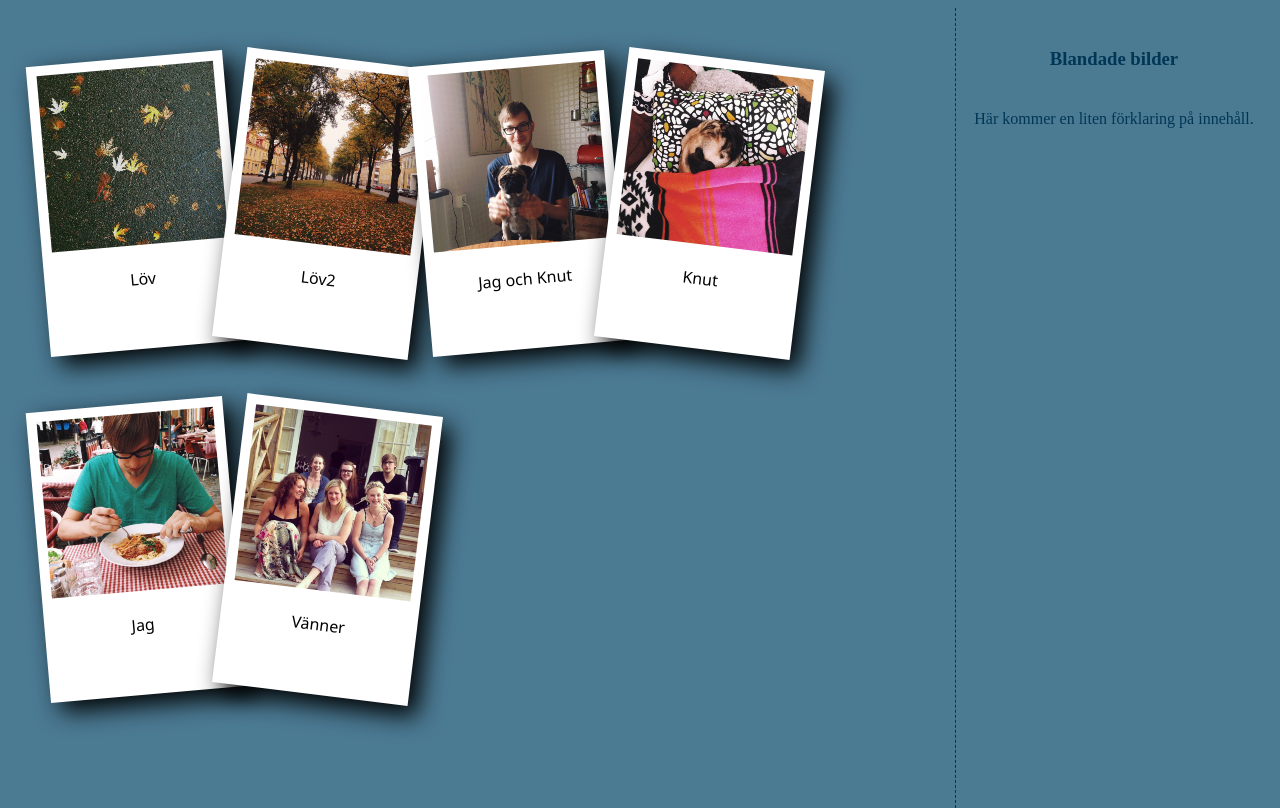
Repository: ml223nw/1ik415-laborationer
Page: gallery/index.html
The author's editor kept a record of every edit. The page is drawn from the files as they stood at one moment, then again after the next edit.
The browser window is 1280 px wide. The pictures show the whole page.
Some web fonts or font styles are not loaded; a fallback is used.

Above is the page before.

### gallery/index.html
<!doctype HTML>
<html lang="sv">
    <head>
        <link href='//fonts.googleapis.com/css?family=Averia+Sans+Libre' rel='stylesheet' type='text/css'>
        <meta charset="UTF-8">
        <link rel="stylesheet" href="stylesheet.css" />
    </head>
    <body>
        <div id="content">
            <div id="images">
                <a href="galleryimages/1.jpg" title="Löv"><img src="galleryimages/1.jpg" alt="Blöta löv på asfalt." /></a>
                <a href="galleryimages/2.jpg" title="Löv2"><img src="galleryimages/2.jpg" alt="Massvis med löv i gräset." /></a>
                <a href="galleryimages/3.jpg" title="Jag och Knut"><img src="galleryimages/3.jpg" alt="Jag och min hund, Knut." /></a>
                <a href="galleryimages/4.jpg" title="Knut"><img src="galleryimages/4.jpg" alt="Trött hund sover med filt och kudde." /></a>
                <a href="galleryimages/5.jpg" title="Jag"><img src="galleryimages/5.jpg" alt="Jag äter en utsökt pasta bolognese." /></a>
                <a href="galleryimages/6.jpg" title="Vänner"><img src="galleryimages/6.jpg" alt="Glada personer sitter på trappa" /></a>
            </div>
            <div id="sidebar">
                <h3>Blandade bilder</h3>
                <p>Här kommer en liten förklaring på innehåll.</p>
            </div>
        </div>
    </body>
</html>

### gallery/stylesheet.css
body
{
    background-color:#4B7A93;
}

a {
    z-index:0;
    display:inline-block;
    margin-top:50px;
    margin-left:30px;
    margin-right:-40px;
    margin-bottom:10px;
    padding:10px 10px 50px 10px;
    box-shadow:10px 10px 25px black;
    text-align:center;
    font-family:"Averia", Sans, Libre;
    text-decoration:none;
    background-color:white;
    color:black;
    width:20%;
    position:relative;
    -webkit-transform: rotate(5deg);
    transform: rotate(5deg);
    -webkit-transition: width 0.5s, transform 0.2s, box-shadow 0.5s;
    transition: width 0.5s, transform 0.2s, box-shadow 0.5s;
}

a, title {
    line-height:40px;
    margin-bottom:5px;
}

img {
    height:100%;
    width:100%;

}

#images {
    width:70%;
}

a:nth-child(odd) {
    -webkit-transform: rotate(-8deg);
    transform: rotate(-5deg);
}

a:nth-child(even) {
    -webkit-transform: rotate(11deg);
    transform: rotate(7deg);
}

a:after {
   display:block;
   content:attr(title);
}

#sidebar {
   float:right;
   border-left:1px dashed #013755;
   text-align:center;
   width:25%;
   height:800px;
}

#sidebar p, h3 {
   color:#013755;
   margin-top:40px;

}

#sidebar, #images {
    display:inline-block;
}

a:hover, a:focus {
    z-index:1;
    -webkit-transform: rotate(0deg) scale(1.3);
    transform: rotate(0deg) scale(1.3);
    background:#C9D2D7;
    box-shadow:35px 35px 100px black;
    -webkit-transition: transform 3s, box-shadow 3s;
    transition: transform 0.7s, box-shadow 3s;
}

After the next edit:
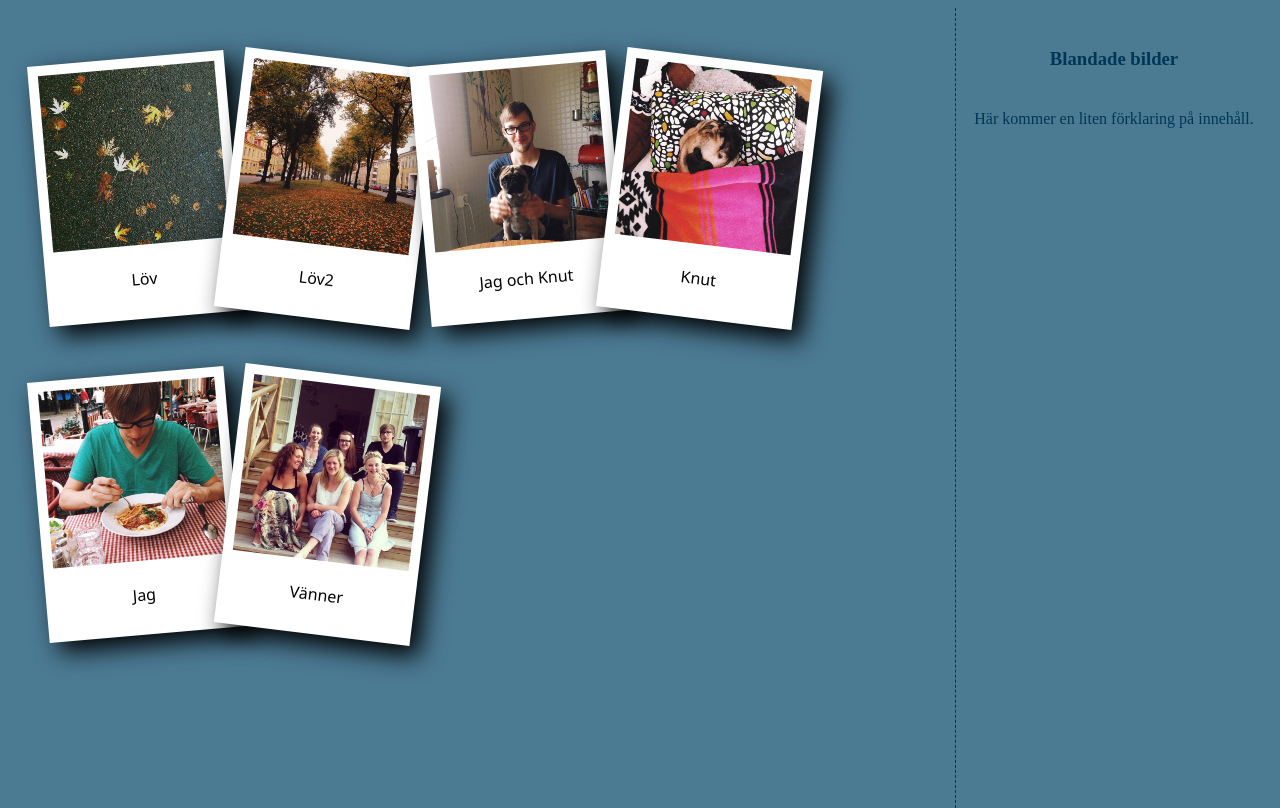
The edit:
--- a/gallery/stylesheet.css
+++ b/gallery/stylesheet.css
@@ -10,7 +10,7 @@
     margin-left:30px;
     margin-right:-40px;
     margin-bottom:10px;
-    padding:10px 10px 50px 10px;
+    padding:10px 10px 20px 10px;
     box-shadow:10px 10px 25px black;
     text-align:center;
     font-family:"Averia", Sans, Libre;
